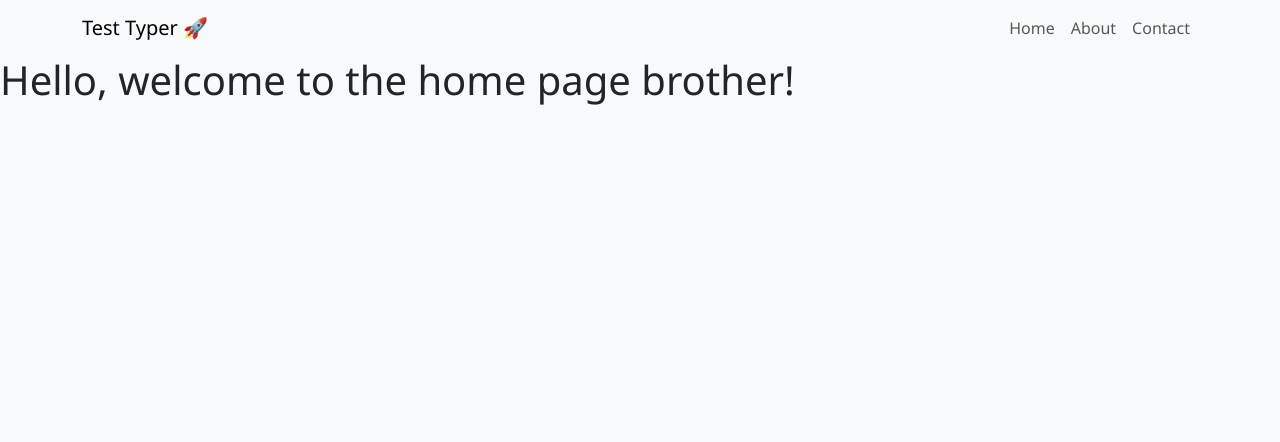
Repository: SHAHZADcodr/typing-test-react
Page: /
These files come from the project's save history. The page is drawn as it stood at one moment and after the next save; the edit follows.
The browser window is 1280 px wide. The pictures show the whole page.
The project was rebuilt for these pictures with package versions that can differ from the ones it lists, and the page was loaded fresh each time. Also part of the build but not shown: src/pages/About.jsx, src/pages/Contact.jsx.

Above is the page before, as saved 2025-04-08 01:10:03.

After the next save:
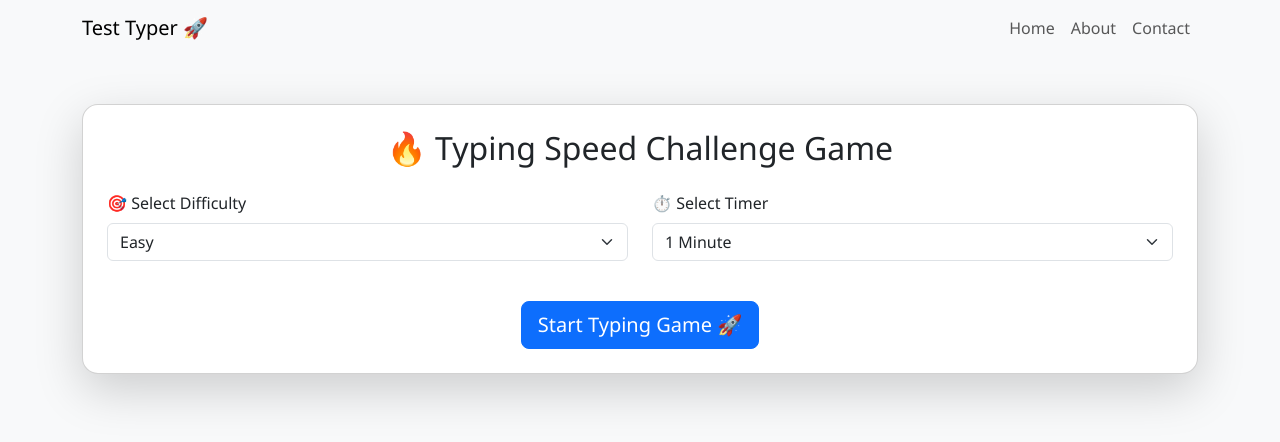
Saved 6 min 19 s later.
--- a/src/pages/Home.jsx
+++ b/src/pages/Home.jsx
@@ -1,8 +1,54 @@
+import React, { useState } from 'react';
+import { Container, Form, Button, Row, Col, Card } from 'react-bootstrap';
+import { useNavigate } from 'react-router-dom';
+
 const Home = () => {
-    return (
+  const [difficulty, setDifficulty] = useState('easy');
+  const [duration, setDuration] = useState(60);
+  const navigate = useNavigate();
 
- <h1>Hello, welcome to the home page brother!</h1>
-    );
-}
+  const handleStart = () => {
+    // send difficulty and duration as state
+    navigate('/game', { state: { difficulty, duration } });
+  };
+
+  return (
+    <Container className="mt-5">
+      <Card className="p-4 shadow-lg rounded-4">
+        <h2 className="text-center mb-4">🔥 Typing Speed Challenge Game</h2>
+
+        <Row className="mb-3">
+          <Col md={6}>
+            <Form.Group>
+              <Form.Label>🎯 Select Difficulty</Form.Label>
+              <Form.Select value={difficulty} onChange={(e) => setDifficulty(e.target.value)}>
+                <option value="easy">Easy</option>
+                <option value="medium">Medium</option>
+                <option value="hard">Hard</option>
+              </Form.Select>
+            </Form.Group>
+          </Col>
+
+          <Col md={6}>
+            <Form.Group>
+              <Form.Label>⏱️ Select Timer</Form.Label>
+              <Form.Select value={duration} onChange={(e) => setDuration(Number(e.target.value))}>
+                <option value="60">1 Minute</option>
+                <option value="120">2 Minutes</option>
+                <option value="180">3 Minutes</option>
+                <option value="300">5 Minutes</option>
+                <option value="600">10 Minutes</option>
+              </Form.Select>
+            </Form.Group>
+          </Col>
+        </Row>
+
+        <div className="text-center mt-4">
+          <Button size="lg" onClick={handleStart}>Start Typing Game 🚀</Button>
+        </div>
+      </Card>
+    </Container>
+  );
+};
 
 export default Home;
